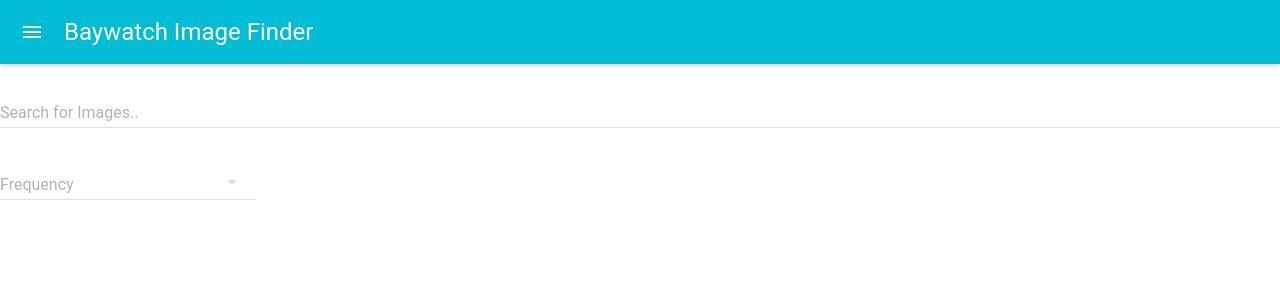
Repository: konstantin0s/pixaBay-api
Page: /
An editor plug-in stored every save of this project. The page is shown before and after the next save, followed by the edit.
The browser window is 1280 px wide. The pictures show the whole page.
The project was rebuilt for these pictures with package versions that can differ from the ones it lists, and the page was loaded fresh each time. Also part of the build but not shown: src/App.css.

Above is the page before, as saved 2019-05-10 20:48:53.

After the next save:
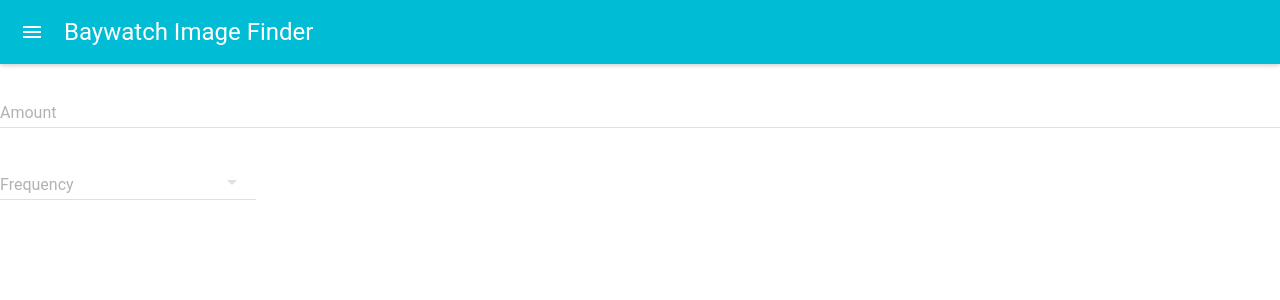
Saved 100 s later.
--- a/src/components/search/Search.js
+++ b/src/components/search/Search.js
@@ -15,10 +15,10 @@
     return (
       <div>
         <TextField
-        name="searchText"
+        name="amount"
         value={this.state.searchText}
         onChange={this.onTextChange}
-        floatingLabelText="Search for Images.."
+        floatingLabelText="Amount"
         fullWidth={true}
       />
       <br />
@@ -28,7 +28,11 @@
       value={this.state.value}
       onChange={this.handleChange}
       >
-        <MenuItem value={1} primaryText="Never"/>
+        <MenuItem value={5} primaryText="5"/>
+        <MenuItem value={10} primaryText="10"/>
+        <MenuItem value={15} primaryText="15"/>
+         <MenuItem value={30} primaryText="30"/>
+        <MenuItem value={50} primaryText="50"/>
       </SelectField>
       </div>
     );
